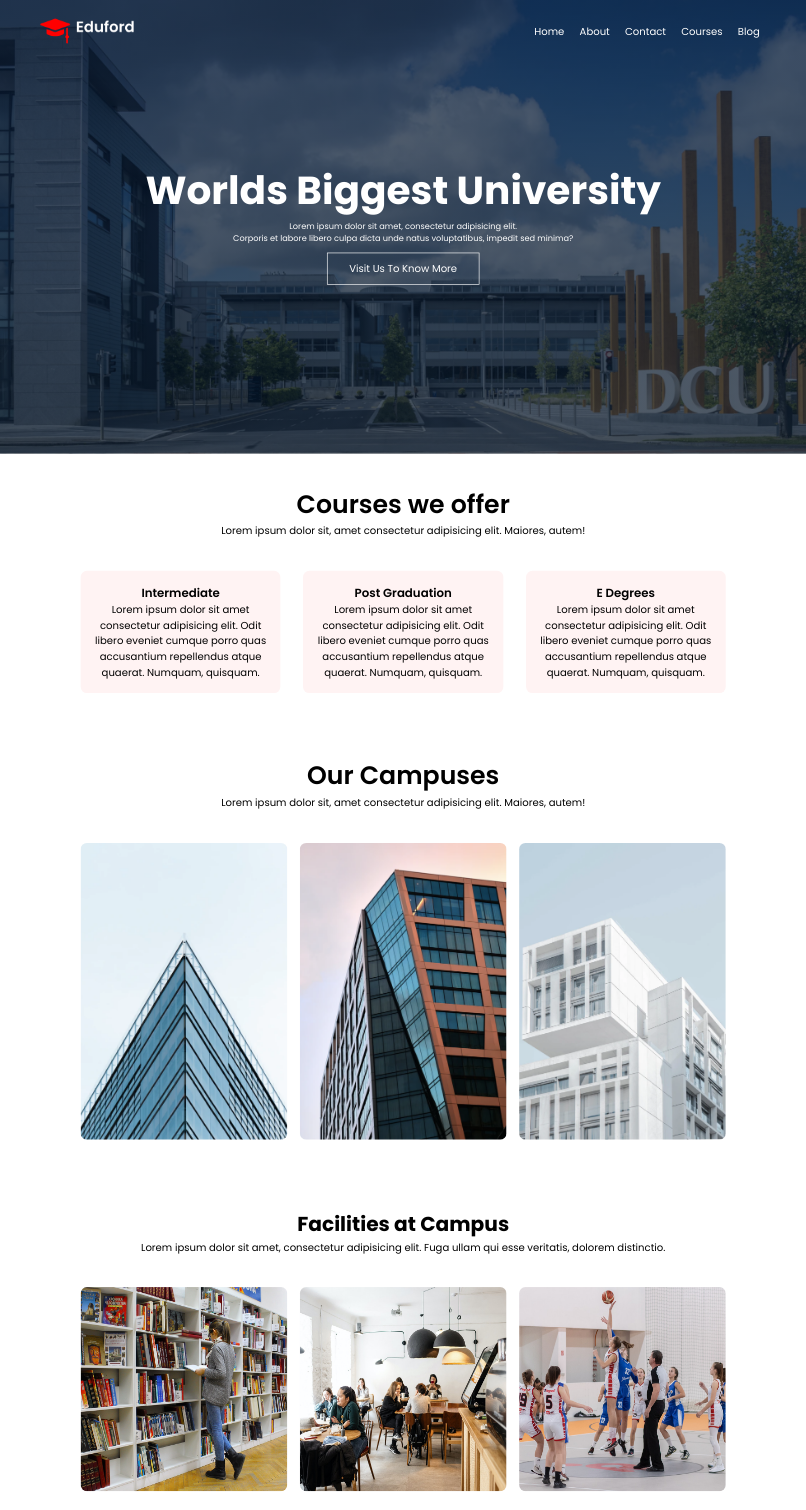
Repository: yashrajverma/Practise
Page: index.html
An editor plug-in stored every save of this project. The page is shown before and after the next save, followed by the edit.
The browser window is 1280 px wide. The pictures show the whole page, at 63% of full size.

Above is the page before, as saved 2021-04-29 09:03:08.

### index.html
<!DOCTYPE html>
<html lang="en">
  <head>
    <meta charset="UTF-8" />
    <meta name="viewport" content="width=device-width, initial-scale=1.0" />
    <title>Website</title>
    <link rel="stylesheet" href="style.css" />
    <link rel="preconnect" href="https://fonts.gstatic.com" />
    <link
      href="https://fonts.googleapis.com/css2?family=Poppins:ital,wght@0,100;0,400;0,600;0,700;1,500&display=swap"
      rel="stylesheet"
    />
    <link
      rel="stylesheet"
      href="https://cdn.jsdelivr.net/npm/@fortawesome/fontawesome-free@5.15.3/css/fontawesome.min.css"
      integrity="sha384-wESLQ85D6gbsF459vf1CiZ2+rr+CsxRY0RpiF1tLlQpDnAgg6rwdsUF1+Ics2bni"
      crossorigin="anonymous"
    />
    <link
      rel="stylesheet"
      href="https://cdnjs.cloudflare.com/ajax/libs/font-awesome/5.15.3/css/all.min.css"
      integrity="sha512-iBBXm8fW90+nuLcSKlbmrPcLa0OT92xO1BIsZ+ywDWZCvqsWgccV3gFoRBv0z+8dLJgyAHIhR35VZc2oM/gI1w=="
      crossorigin="anonymous"
    />
  </head>
  <body>
    <section class="header">
      <nav>
        <a href="index.html"
          ><img src="eduford_img/logo.png" alt="logo" class="nav-img"
        /></a>
        <div class="nav-links" id="navLinks">
          <i
            class="fa fa-times-circle"
            aria-hidden="true"
            onclick="hideMenu()"
          ></i>
          <ul>
            <li><a href="#">Home</a></li>
            <li><a href="#">About</a></li>
            <li><a href="#">Contact</a></li>
            <li><a href="#">Courses</a></li>
            <li><a href="#">Blog</a></li>
          </ul>
        </div>
        <i class="fa fa-bars" aria-hidden="true" onclick="showMenu()"></i>
      </nav>

      <div class="text-box">
        <h1>Worlds Biggest University</h1>
        <p>
          Lorem ipsum dolor sit amet, consectetur adipisicing elit. <br />
          Corporis et labore libero culpa dicta unde natus voluptatibus, impedit
          sed minima?
        </p>
        <a href="#">Visit Us To Know More</a>
      </div>
    </section>

    <!-- -------------------- courses --------------------- -->

    <section class="course">
      <h1>Courses we offer</h1>
      <p>
        Lorem ipsum dolor sit, amet consectetur adipisicing elit. Maiores,
        autem!
      </p>
      <div class="row">
        <div class="course-col">
          <h3>Intermediate</h3>
          <p>
            Lorem ipsum dolor sit amet consectetur adipisicing elit. Odit libero
            eveniet cumque porro quas accusantium repellendus atque quaerat.
            Numquam, quisquam.
          </p>
        </div>
        <div class="course-col">
          <h3>Post Graduation</h3>
          <p>
            Lorem ipsum dolor sit amet consectetur adipisicing elit. Odit libero
            eveniet cumque porro quas accusantium repellendus atque quaerat.
            Numquam, quisquam.
          </p>
        </div>
        <div class="course-col">
          <h3>E Degrees</h3>
          <p>
            Lorem ipsum dolor sit amet consectetur adipisicing elit. Odit libero
            eveniet cumque porro quas accusantium repellendus atque quaerat.
            Numquam, quisquam.
          </p>
        </div>
      </div>
    </section>

    <!-- -------------------- campus --------------------- -->

    <section class="campus">
      <h1>Our Campuses</h1>
      <p>
        Lorem ipsum dolor sit, amet consectetur adipisicing elit. Maiores,
        autem!
      </p>
      <div class="row">
        <div class="campus-col">
          <img src="/eduford_img/london.png" alt="" />
          <div class="layer">
            <h3>London</h3>
          </div>
        </div>
        <div class="campus-col">
          <img src="/eduford_img/newyork.png" alt="" />
          <div class="layer">
            <h3>New York</h3>
          </div>
        </div>
        <div class="campus-col">
          <img src="/eduford_img/washington.png" alt="" />
          <div class="layer">
            <h3>Washington</h3>
          </div>
        </div>
      </div>
    </section>

    <!-- ----------------- facilities-------------------- -->

    <div class="facilities">
      <h1>Facilities at Campus</h1>
      <p>
        Lorem ipsum dolor sit amet, consectetur adipisicing elit. Fuga ullam qui
        esse veritatis, dolorem distinctio.
      </p>

      <div class="row">
        <div class="facilities-col">
          <img src="/eduford_img/library.png" />
          <div>
            <h3>World class Library</h3>
          </div>
        </div>
        <div class="facilities-col">
          <img src="/eduford_img/cafeteria.png" />
          <div>
            <h3>World class Cafeteria</h3>
          </div>
        </div>
        <div class="facilities-col">
          <img src="/eduford_img/basketball.png" />
          <div>
            <h3>World class Basketball</h3>
          </div>
        </div>
      </div>
    </div>

    <script src="app.js"></script>
  </body>
</html>

### style.css
*{
    margin: 0;
    padding: 0;
    font-family: 'Poppins', sans-serif;
}

.header{
    width: 100%;
    min-height: 100vh;
    background:linear-gradient(rgba(2, 20, 46, 0.7),rgba(5, 20, 37, 0.7)) ,url('./eduford_img/banner.png');
    background-position: fixed;
    background-size: cover;
    background-repeat: no-repeat;
    position: relative;
}
nav{
    display: flex;
    align-items: center;
    justify-content: space-between;
    padding: 2% 5%;
}
.nav-img{
    width: 150px;
}
.nav-links{
    flex:1;
    text-align: right;
}
.nav-links ul li{
    list-style: none;
    padding: 0 10px ;
    display: inline-block;
    position: relative;
}
.nav-links ul li  a{
    text-decoration: none;
    color: white;

}
.nav-links ul li::after{
    width: 0;
    height: 2px;
    content: '';
    background-color: #f44336;
    display: block;
    margin: auto;
    transition: 0.4s;
}
.nav-links ul li:hover::after{
    width: 100%;
    box-shadow: 0px 0px 13px #f44336;
}
.text-box{
    width: 90%;
    text-align: center;
    position: absolute;
    top: 50%;
    left: 50%;
    transform: translate(-50%,-50%);
    color: white;
}
.text-box h1{
    font-size: 62px;
}
.text-box p{
    font-size: 13px;
}
.text-box a{
    display: inline-block;
    padding: 12px 34px ;
    color: white;
    text-decoration: none;
    position: relative;
    margin: 12px;
    border: 1px solid white;
    background: transparent;
    transition: 0.4s;
}
.text-box a:hover{
    background: #f44336;
    border:1px solid #f44336;
    box-shadow: 0px 0px 13px #f44336;
}

nav .fa{
    display: none;
}
@media(max-width:700px){
    .text-box h1{
        font-size: 20px;
    }
    .nav-links ul li{
        display: block;
        margin: 10px;
    }
    .nav-links{
        position: absolute;
        top: 0;
        right: -200px;
        background: #f44336;
        width: 200px;
        height: 100vh;
        text-align: left;
        z-index: 2;
    }
    nav .fa{
        display: block;
        color:white;
        font-size: 24px;
        cursor: pointer;
    }
}

/* ------------------------------------- course ----------------------------- */

.course{
    text-align: center;
    margin: auto;
    margin-top: 50px;
    width: 80%;
}
.course h1{
    font-size: 40px;
    font-weight: 600;
}

.row{
    margin-top: 5%;
    display: flex;
    justify-content: space-between;
}
.course-col{
    flex-basis: 31%;
    background: #fff3f3;
    border-radius: 10px;
    padding: 20px 12px;
    margin-bottom: 5%;
    box-sizing: border-box;
    transition: 0.7s;
}
h3{
    font-weight: 600;
    text-align: center;
}
.course-col:hover{
    box-shadow: 0 0 20px 0 rgba(0,0,0,0.2);
}

@media(max-width:700px){
    .row{
        flex-direction: column;
    }
}


/* ----------------- capmus ----------------------- */


.campus{
    width: 80%;
    padding-top: 50px;
    text-align: center;
    margin: auto;
}
.campus h1{
    font-size: 40px;
    font-weight: 600;
}
.campus-col{
    flex-basis: 32%;
    border-radius: 10px;
    margin-bottom: 30px;
    position: relative;
    overflow: hidden;

}
.campus-col img{
    width: 100%;
    height: 100%;
}
.campus-col .layer{
    background:transparent;
    left: 0;
    top: 0;
    position: absolute;
    height: 100%;
    width: 100%;
    transition: 0.5s;
}
.campus-col .layer:hover{
   background: rgba(2, 18, 41, 0.5);
   box-sizing: border-box;
}

.layer h3{
    width: 100%;
    font-weight: 500;
    border: none;
    font-size: 2rem;
    color: white;
    bottom: 0%;
    position:absolute;
    left: 50%;
    transform: translateX(-50%);
    opacity: 0;
    transition: 0.7s;
}
.layer:hover h3{
    opacity: 1;
    bottom: 49%;
}
@media(max-width:700px){
    .campus-col{
        flex-direction: column;
    }
}

/* ----------------------------------- facilities ------------------------------ */


.facilities{
    width: 80%;
    padding-top: 80px;
    text-align: center;
    margin: auto;
}
.facilities-col{
    flex-basis: 32%;
    margin-bottom: 30px;
    border-radius: 10px;
    overflow: hidden;
    position: relative;
}
.facilities-col img{
    width: 100%;
    height: 100%;

}
.facilities-col h3{
    font-weight: 500;

}

### app.js
var navLinks=document.getElementById('navLinks')
function hideMenu(){
    navLinks.style.right='-200px';
}
function showMenu(){
    navLinks.style.right="0"
}

After the next save:
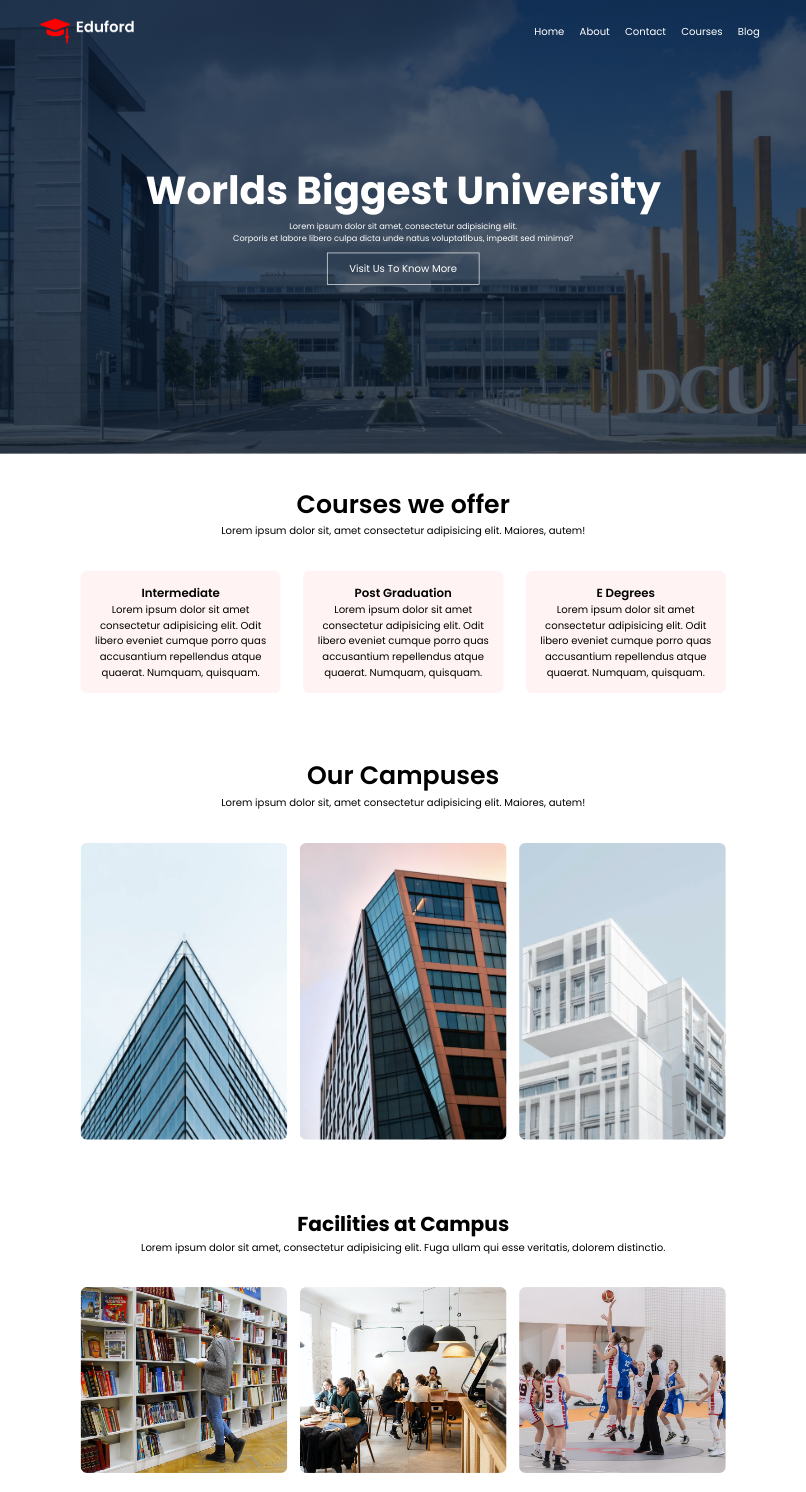
Saved 74 s later.
--- a/index.html
+++ b/index.html
@@ -135,19 +135,19 @@
       <div class="row">
         <div class="facilities-col">
           <img src="/eduford_img/library.png" />
-          <div>
+          <div class="layer">
             <h3>World class Library</h3>
           </div>
         </div>
         <div class="facilities-col">
           <img src="/eduford_img/cafeteria.png" />
-          <div>
+          <div class="layer">
             <h3>World class Cafeteria</h3>
           </div>
         </div>
         <div class="facilities-col">
           <img src="/eduford_img/basketball.png" />
-          <div>
+          <div class="layer">
             <h3>World class Basketball</h3>
           </div>
         </div>
